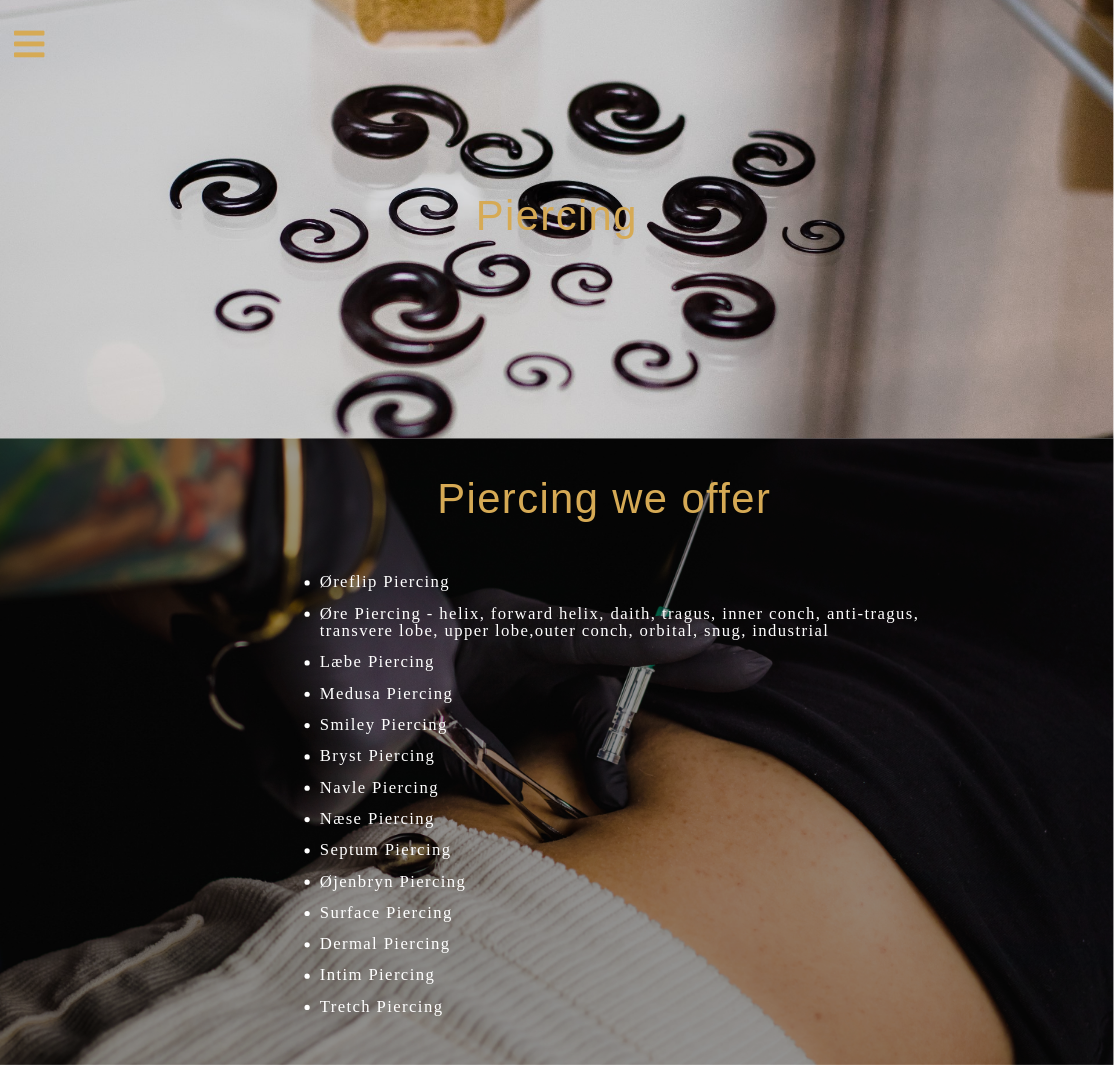
Repository: Spreceriany/TattooWeb
Page: piercing-en.html
An editor plug-in stored every save of this project. The page is shown before and after the next save, followed by the edit.
The browser window is 1280 px wide. The pictures show the part of the page from y = 0 to 1236 px (the page is 3082 px tall), at 87% of full size.
A picture or video elsewhere on the page could not be fetched, so the positions and the page height are approximate. Some web fonts or font styles are not loaded; a fallback is used. Some web libraries are served in a nearby version.

Above is the page before, as saved 2020-04-09 18:04:38.
Console error: TypeError: Cannot read properties of null (reading 'addEventListener')

After the next save:
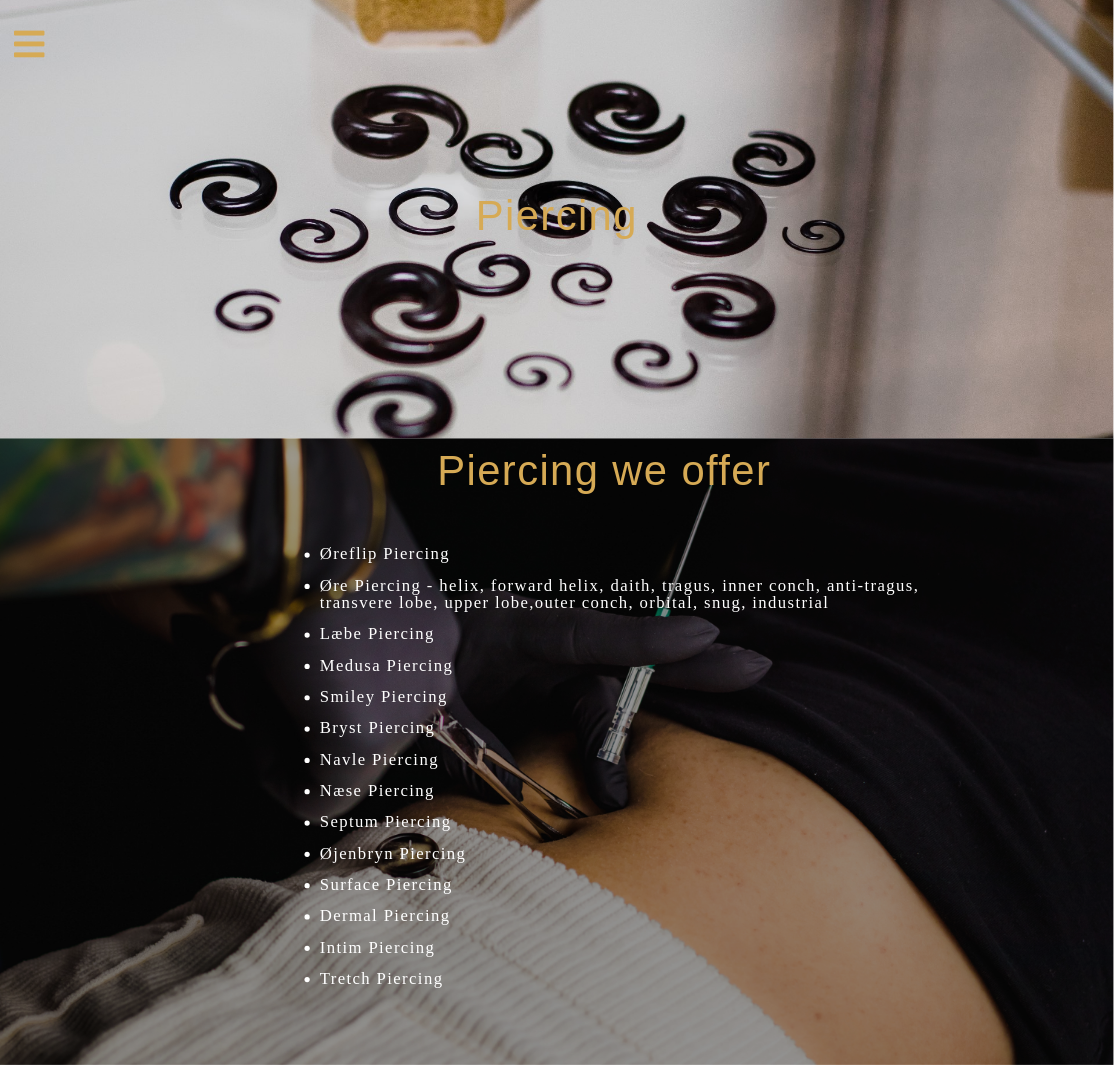
Saved 24 s later.
--- a/piercing-en.html
+++ b/piercing-en.html
@@ -79,7 +79,7 @@
         <div class="col-12 col-md-7">
           <div>
             <h2 class="text-center gold site-section-heading2">Piercing we offer</h2>
-          <ul class="text-left fa-ul pt-5 text-white">
+          <ul class="text-left fa-ul pt-5 py-5 text-white">
             <li class="mb-3" data-aos="fade" data-aos-duration="1500"> Øreflip Piercing
             </li>
             <li class="mb-3" data-aos="fade" data-aos-duration="1500"> </i></span>Øre Piercing - helix, forward helix, daith, tragus, inner conch,
